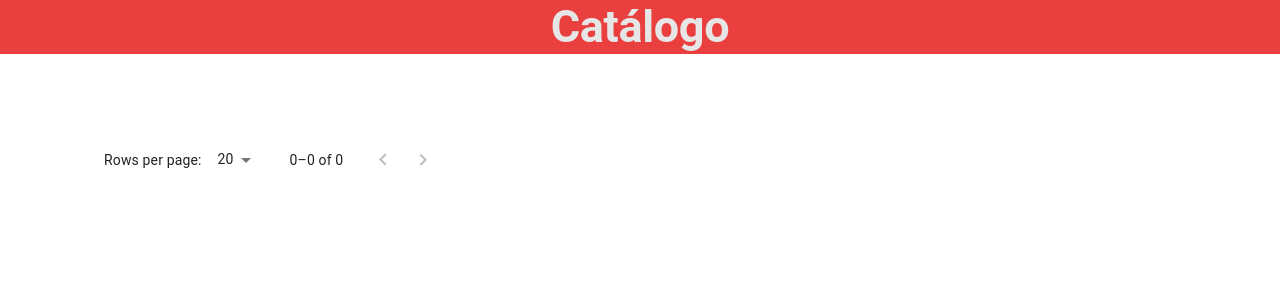
Repository: lenx0/PokeWiki-Front
Page: /
The author's editor kept a copy of each file at every save. The page is drawn from the files as they stood at one save, then again after the next save.
The browser window is 1280 px wide. The pictures show the whole page.
The page's requests for data from a server got no answer. The project was rebuilt for these pictures with package versions that can differ from the ones it lists, and the page was loaded fresh each time. The framework's server and built-in components were replaced by stand-ins that run in the browser. No one was signed in, and anything a server would have sent is missing. Also part of the build but not shown: next.config.mjs, src/app/components/Skeleton/index.jsx.

Above is the page before, as saved 2024-02-14 23:02:30.

### src/app/layout.js
import { Inter } from "next/font/google";
import "./globals.css";

const inter = Inter({ subsets: ["latin"] });

export default function RootLayout({ children }) {
  return (
    <html lang="en">
      <body className={inter.className}>{children}</body>
    </html>
  );
}

### src/app/page.js
'use client'
import PokemonList from "./pages/PokemonList/page";

export default function Home() {
  return (
    <PokemonList />
  );
}

### src/app/pages/PokemonList/page.jsx
import { Box, Grid, Typography } from "@mui/material";

import Cards from "@/app/components/Cards";

export default function PokemonList() {
  return (
    <>
      <Grid
        item
        backgroundColor="#e93232ee"
        textAlign="center"
      >
        <Typography variant="h2" fontSize={45} fontWeight={700} color="#e6e6e6">
          Catálogo
        </Typography>
      </Grid>
      <Grid container padding={10}>
        <Cards />
      </Grid>
    </>
  );
}

### src/app/components/Cards/index.jsx
import React, { useEffect, useState } from "react";
import {
  Card,
  CardContent,
  Typography,
  Grid,
  CardMedia,
  Box,
  TablePagination,
} from "@mui/material";

import PokemonService from "@/services/PokemonService";
import { capitalizeFirstLetter } from "@/services/utils/CapitalizeFirstLetter";
import PokemonCardSkeleton from "../Skeleton";

export default function Cards() {
  const [pokemonList, setPokemonList] = useState([]);
  const [loading, setLoading] = useState(true);
  const [page, setPage] = useState(0);
  const [rowsPerPage, setRowsPerPage] = useState(20);
  const [totalRows, setTotalRows] = useState(0);

  useEffect(() => {
    async function getPokemon() {
      const pokemonListResponse = await PokemonService.getPokemon(page + 1, rowsPerPage);
      setTotalRows(pokemonListResponse.count);
      const pokemonUrls = pokemonListResponse.results.map(
        (pokemon) => pokemon.url
      );
      const detailedPokemonList = await Promise.all(
        pokemonUrls.map(async (url) => {
          const pokemonDetailsResponse = await PokemonService.getPokemonDetails(
            url
          );
          return pokemonDetailsResponse;
        })
      );
      setPokemonList(detailedPokemonList);
      setLoading(false);
    }
    getPokemon();
  }, [page, rowsPerPage]);

  const handleChangePage = (event, newPage) => {
    setPage(newPage);
  };

  const handleChangeRowsPerPage = (event) => {
    setRowsPerPage(parseInt(event.target.value, 10));
    setPage(0);
  };

  return (
    <>
      <Grid container spacing={4}>
        {loading
          ? pokemonList.map((index) => (
              <Grid item xs={12} sm={6} md={4} key={index}>
                <PokemonCardSkeleton />
              </Grid>
            ))
          : pokemonList.map((pokemon, index) => (
              <Grid item xs={12} sm={6} md={4} lg={4} xl={2} key={index}>
                <Card
                  sx={{
                    maxWidth: 245,
                    border: "none",
                    boxShadow: "2px 4px 8px 8px rgba(0,0,0,0.2)",
                  }}
                >
                  <CardMedia
                    component="img"
                    height="auto"
                    image={
                      pokemon.sprites.other["official-artwork"].front_default
                    }
                    alt={pokemon.name}
                  />
                  <CardContent>
                    <Box textAlign="center">
                      <Typography
                        gutterBottom
                        variant="h5"
                        fontWeight="700"
                        component="div"
                      >
                        {capitalizeFirstLetter(pokemon.name)}
                      </Typography>
                      <Typography variant="body2" color="text.secondary">
                        Número: {pokemon.order}
                      </Typography>
                      <Typography variant="body2" color="text.secondary">
                        Altura: {pokemon.height}
                      </Typography>
                      <Typography variant="body2" color="text.secondary">
                        Peso: {pokemon.weight}
                      </Typography>
                      {/* <Typography variant="body2" color="text.secondary">
                        Habilidades:
                        {pokemon.abilities.map((ability, index) => (
                          <Typography key={index}>
                            {ability.ability.name}
                          </Typography>
                        ))}
                      </Typography> */}
                    </Box>
                  </CardContent>
                </Card>
              </Grid>
            ))}
      </Grid>
      <TablePagination
        rowsPerPageOptions={[10, 20, 50]}
        component="div"
        count={totalRows}
        rowsPerPage={rowsPerPage}
        page={page}
        onPageChange={handleChangePage}
        onRowsPerPageChange={handleChangeRowsPerPage}
      />
    </>
  );
}

### src/services/PokemonService.js
import HttpClient from "./utils/HttpClient";

class PokemonService {
  async getPokemon() {
    const response = await HttpClient.getData(process.env.NEXT_PUBLIC_API_BASE);
    return response
  }
  async getPokemonDetails(url) {
    const response = await HttpClient.getData(url);
    return response;
  }
}

export default new PokemonService()

### src/services/utils/CapitalizeFirstLetter.js
export function capitalizeFirstLetter(string) {
    return string.charAt(0).toUpperCase() + string.slice(1);
  }

### src/services/utils/HttpClient.js
class HttpClient {
  async getData(url, filter, page, rowsPerPage) {
    try {
      const queryParams = new URLSearchParams({
        filter,
        option: {},
        page: page,
        pageSize: rowsPerPage
      });
      const urlWithParams = `${url}?${queryParams.toString()}`;

      const response = await fetch(urlWithParams);

      if (!response.ok) {
        throw new Error(`Erro ao obter os dados: ${response.status}`);
      }

      return response.json();
    } catch (error) {
      console.error('Erro ao realizar a requisição:', error);
      throw error;
    }
  }

  async getDataDetails(url, filter) {
    try {
      let raw = JSON.stringify({
        filter,
        option: {},
        page: 1,
        pageSize: 100
      })

      let requestOptions = {
        method: 'GET',
        body: raw,
        redirect: 'follow'
      }

      const response = await fetch(url, requestOptions);

      if (!response.ok) {
        throw new Error(`Erro ao obter os detalhes: ${response.status}`);
      }

      return response.json();
    } catch (error) {
      console.error('Erro ao realizar a requisição:', error);
      throw error;
    }
  }
}

export default new HttpClient();

Loaded but not shown: src/app/globals.css (common file)

After the next save:
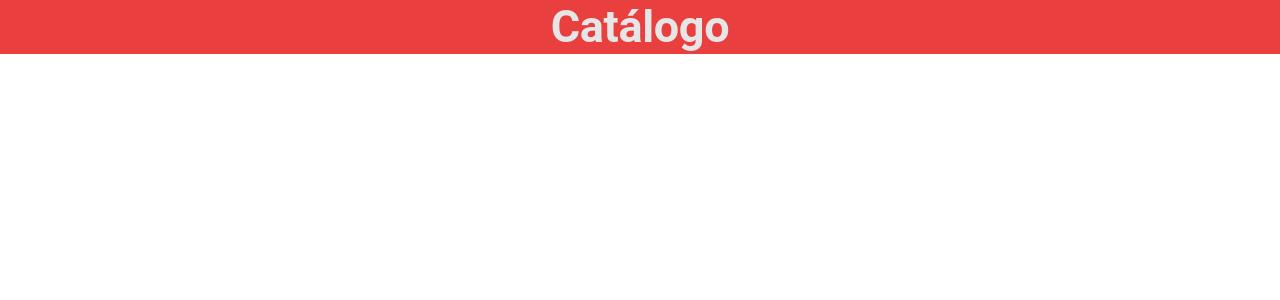
Saved 9 s later.
--- a/src/app/components/Cards/index.jsx
+++ b/src/app/components/Cards/index.jsx
@@ -1,3 +1,4 @@
+'use client'
 import React, { useEffect, useState } from "react";
 import {
   Card,
@@ -6,7 +7,6 @@ import {
   Grid,
   CardMedia,
   Box,
-  TablePagination,
 } from "@mui/material";
 
 import PokemonService from "@/services/PokemonService";
@@ -16,14 +16,10 @@ import PokemonCardSkeleton from "../Skeleton";
 export default function Cards() {
   const [pokemonList, setPokemonList] = useState([]);
   const [loading, setLoading] = useState(true);
-  const [page, setPage] = useState(0);
-  const [rowsPerPage, setRowsPerPage] = useState(20);
-  const [totalRows, setTotalRows] = useState(0);
 
   useEffect(() => {
     async function getPokemon() {
-      const pokemonListResponse = await PokemonService.getPokemon(page + 1, rowsPerPage);
-      setTotalRows(pokemonListResponse.count);
+      const pokemonListResponse = await PokemonService.getPokemon();
       const pokemonUrls = pokemonListResponse.results.map(
         (pokemon) => pokemon.url
       );
@@ -39,16 +35,7 @@ export default function Cards() {
       setLoading(false);
     }
     getPokemon();
-  }, [page, rowsPerPage]);
-
-  const handleChangePage = (event, newPage) => {
-    setPage(newPage);
-  };
-
-  const handleChangeRowsPerPage = (event) => {
-    setRowsPerPage(parseInt(event.target.value, 10));
-    setPage(0);
-  };
+  }, []);
 
   return (
     <>
@@ -109,15 +96,6 @@ export default function Cards() {
               </Grid>
             ))}
       </Grid>
-      <TablePagination
-        rowsPerPageOptions={[10, 20, 50]}
-        component="div"
-        count={totalRows}
-        rowsPerPage={rowsPerPage}
-        page={page}
-        onPageChange={handleChangePage}
-        onRowsPerPageChange={handleChangeRowsPerPage}
-      />
     </>
   );
 }
